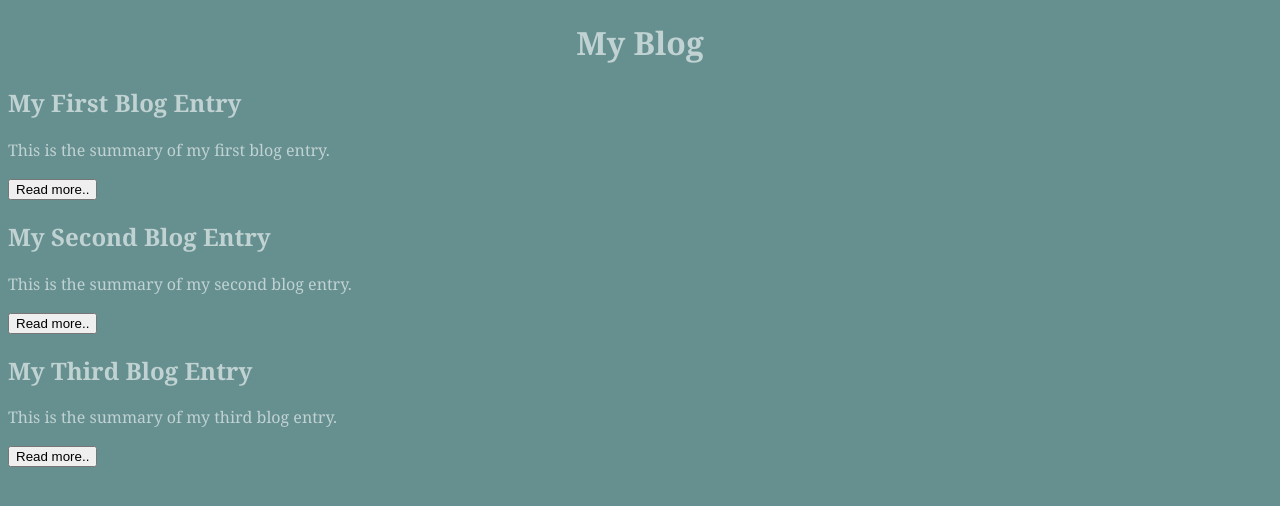
Repository: deniseada/class1
Page: /
An editor plug-in stored every save of this project. The page is shown before and after the next save, followed by the edit.
The browser window is 1280 px wide. The pictures show the whole page.
The project was rebuilt for these pictures with package versions that can differ from the ones it lists, and the page was loaded fresh each time. Also part of the build but not shown: vite.config.js.

Above is the page before, as saved 2025-09-10 14:00:32.

After the next save:
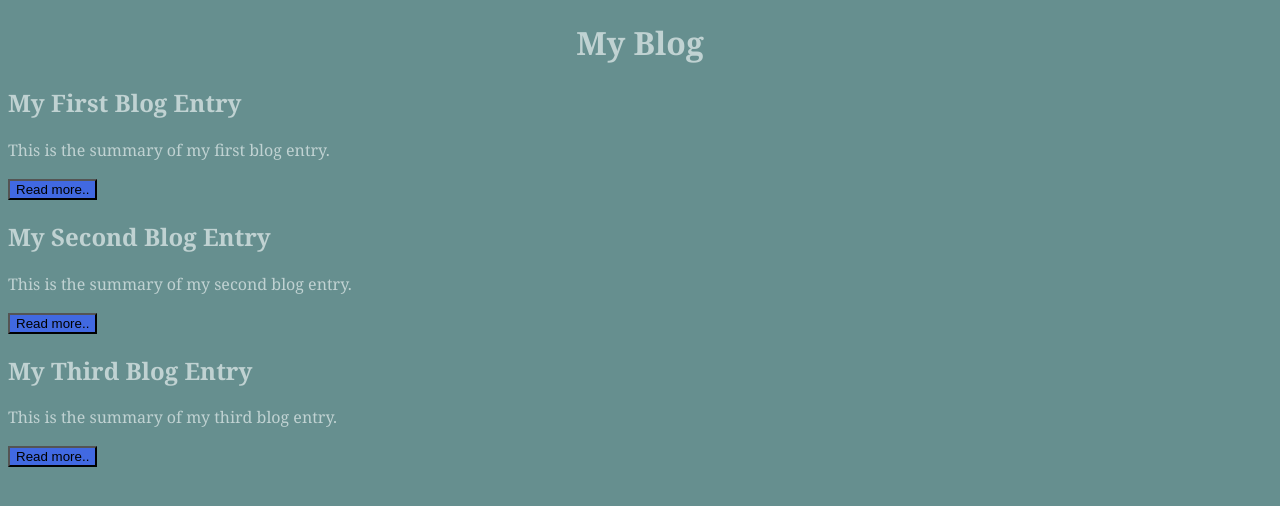
Saved 18 s later.
--- a/src/index.css
+++ b/src/index.css
@@ -7,3 +7,7 @@ h1 {
   color: rgb(192, 210, 210);
   text-align: center;
 }
+
+button {
+  background-color: royalblue;
+}
